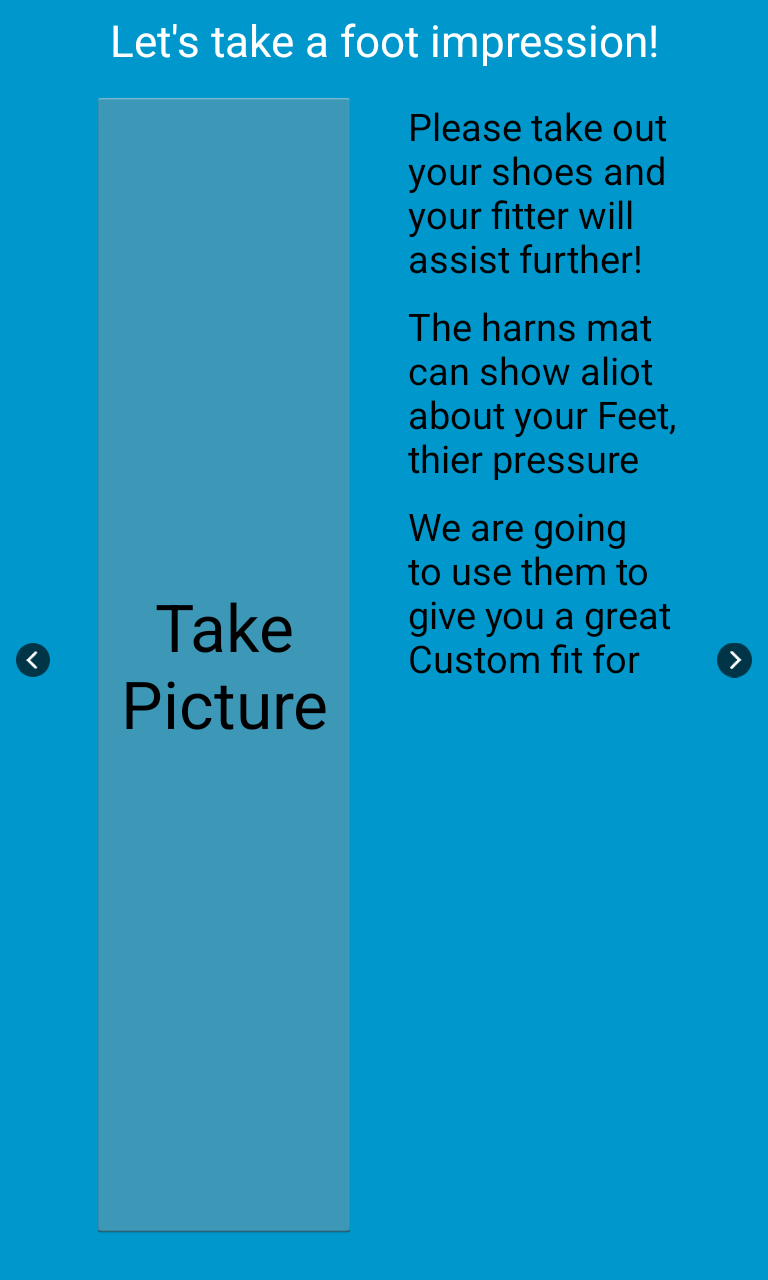
Repository: nanoweb12/GoodFeetAppNew
Layout: GoodFeetapp/res/layout/click_picture.xml
An editor plug-in stored every save of this project. The layout is shown before and after the next save, followed by the edit.
It is drawn on a 768 x 1280 px phone screen (xhdpi) without system bars, with theme MyTheme; the app's code is not run.

Above is the layout before, as saved 2015-02-19 12:56:23.

### GoodFeetapp/res/layout/click_picture.xml
<?xml version="1.0" encoding="utf-8"?>
<LinearLayout xmlns:android="http://schemas.android.com/apk/res/android"
    android:id="@+id/mainlinear"
    android:layout_width="match_parent"
    android:layout_height="match_parent"
    android:background="#0098cc"
    android:orientation="vertical" >

    <TextView
        android:layout_width="match_parent"
        android:layout_height="40dp"
        android:gravity="center"
        android:text="Let&apos;s take a foot impression!"
         android:singleLine="true"
        android:textColor="#ffffff"
        android:textSize="22sp" />

    <LinearLayout
        android:layout_width="match_parent"
        android:layout_height="match_parent"
        android:background="#0098cc"
        android:orientation="horizontal"
        android:weightSum="100" >

        <ImageView
            android:id="@+id/previous"
            android:layout_width="0dp"
            android:layout_height="match_parent"

           android:paddingBottom="20dp"
            android:layout_marginLeft="8dp"
            android:layout_weight="5"
            android:scaleType="fitCenter"
            android:src="@drawable/left_arrow" />

        <LinearLayout
            android:layout_width="0dp"
            android:layout_height="match_parent"
            android:layout_marginLeft="10dp"
            android:layout_marginRight="10dp"
            android:layout_weight="45"
            android:orientation="vertical" >

            <Button
                android:id="@+id/take_picture"
                android:layout_width="match_parent"
                android:layout_height="match_parent"
                android:layout_marginTop="5dp"
                android:layout_marginLeft="10dp"
                android:layout_marginRight="10dp"
                android:layout_gravity="center"
                android:layout_marginBottom="20dp"
                android:text="Take Picture"

                android:textSize="33sp" />

            <ImageView
                android:id="@+id/preview"
                android:layout_width="match_parent"
                  android:layout_marginTop="5dp"
                android:layout_marginRight="10dp"
                android:layout_marginLeft="10dp"
                android:layout_height="match_parent"
                android:layout_gravity="center"
                android:layout_marginBottom="20dp"
                android:visibility="gone" />
        </LinearLayout>

        <LinearLayout
            android:layout_width="0dp"
            android:layout_height="match_parent"
            android:layout_marginLeft="5dp"
            android:layout_weight="45"
            android:orientation="vertical" >

            <TextView
                android:layout_width="match_parent"
                android:layout_height="90dp"
                android:layout_marginTop="10dp"
                android:textColor="#000000"
                android:text="Please take out your shoes and your fitter will assist further!"

                android:textSize="19sp" />

            <TextView
                android:layout_width="match_parent"
                android:layout_height="90dp"
                android:layout_marginTop="10dp"
                android:textColor="#000000"
                android:text="The harns mat can show aliot about your Feet, thier pressure points, Hight of arch and alignment!"
                android:textSize="19sp"
                  />

            <TextView
                android:layout_width="match_parent"
                android:layout_height="90dp"
                android:layout_marginTop="10dp"
                android:textColor="#000000"
                android:text="We are going to use them to give you a great Custom fit for your specific size of arch!"
                android:textSize="19sp"
                />
        </LinearLayout>

        <ImageView
            android:id="@+id/next"
            android:layout_width="0dp"
            android:layout_height="match_parent"

            android:paddingBottom="20dp"
            android:layout_marginRight="8dp"
            android:layout_weight="5"
            android:src="@drawable/right_arrow" />
    </LinearLayout>

</LinearLayout>

### GoodFeetapp/res/values-v11/styles.xml
<resources>
    <style name="MyTheme" parent="@android:style/Theme.Holo.Light">

    </style>

    <style name="MyActionBar" parent="@android:style/Widget.Holo.Light.ActionBar">
    <item name="android:actionBarSize">70dip</item>
         <item name="android:background">#D3D3D3</item>
    </style>
</resources>

### GoodFeetapp/res/values-v14/styles.xml
<!-- <resources>
    the theme applied to the application or activity
    <style name="CustomActionBarTheme"
           parent="@android:style/Theme.Holo.Light.DarkActionBar">

    </style>

    ActionBar styles
    <style name="MyActionBar"
           parent="@android:style/Widget.Holo.Light.ActionBar.Solid.Inverse">
       <item name="android:actionBarSize">70dip</item>
         <item name="android:background">#D3D3D3</item>

    </style>
</resources> -->

<resources>
    <style name="MyTheme" parent="@android:style/Theme.Holo.Light">

    </style>

    <style name="MyActionBar" parent="@android:style/Widget.Holo.Light.ActionBar">
    <item name="android:actionBarSize">100dip</item>
         <item name="android:background">#D3D3D3</item>
    </style>
</resources>

### GoodFeetapp/res/values/styles.xml
<resources>
    <style name="MyTheme" parent="@android:style/Theme.Holo.Light">

    </style>

    <style name="MyActionBar" parent="@android:style/Widget.Holo.Light.ActionBar">
    <item name="android:actionBarSize">70dip</item>
         <item name="android:background">#D3D3D3</item>
    </style>
</resources>

After the next save:
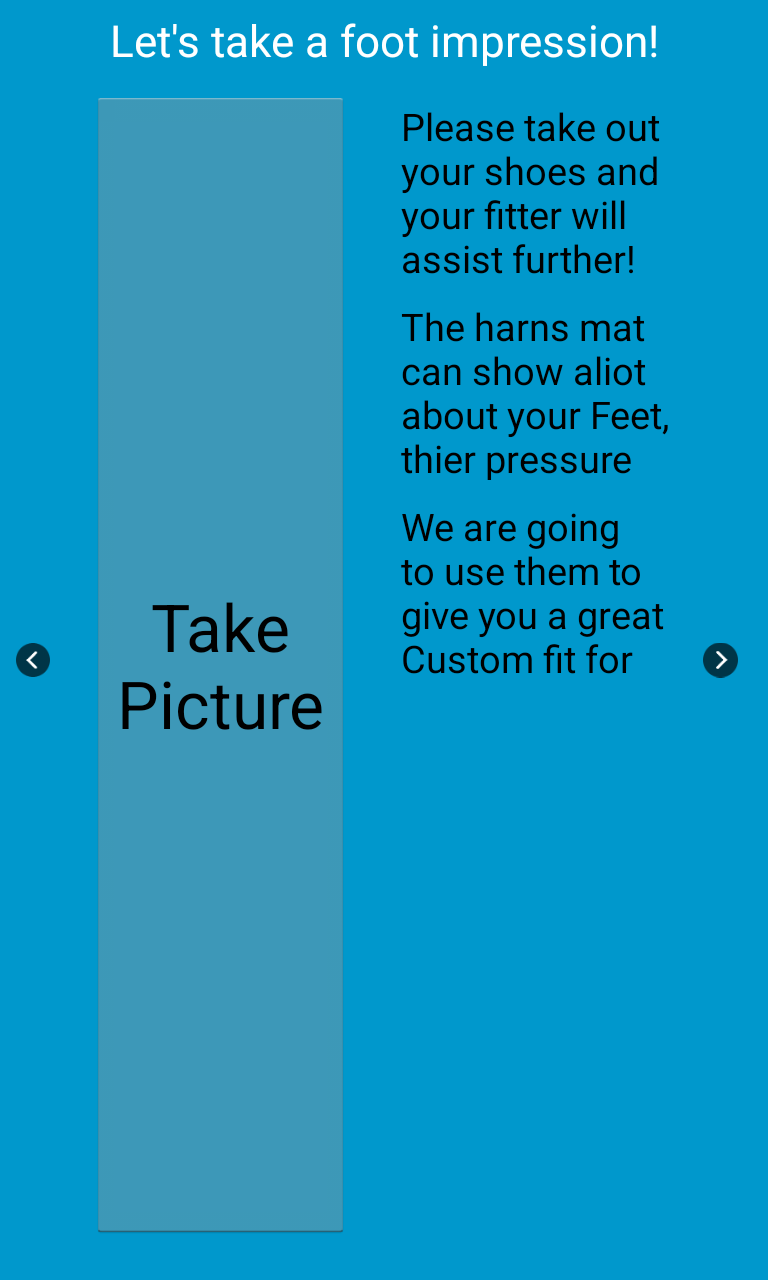
Saved 103 s later.
--- a/GoodFeetapp/res/layout/click_picture.xml
+++ b/GoodFeetapp/res/layout/click_picture.xml
@@ -38,7 +38,7 @@
             android:layout_height="match_parent"
             android:layout_marginLeft="10dp"
             android:layout_marginRight="10dp"
-            android:layout_weight="45"
+            android:layout_weight="44"
             android:orientation="vertical" >
 
             <Button
@@ -70,7 +70,7 @@
             android:layout_width="0dp"
             android:layout_height="match_parent"
             android:layout_marginLeft="5dp"
-            android:layout_weight="45"
+            android:layout_weight="44"
             android:orientation="vertical" >
 
             <TextView
